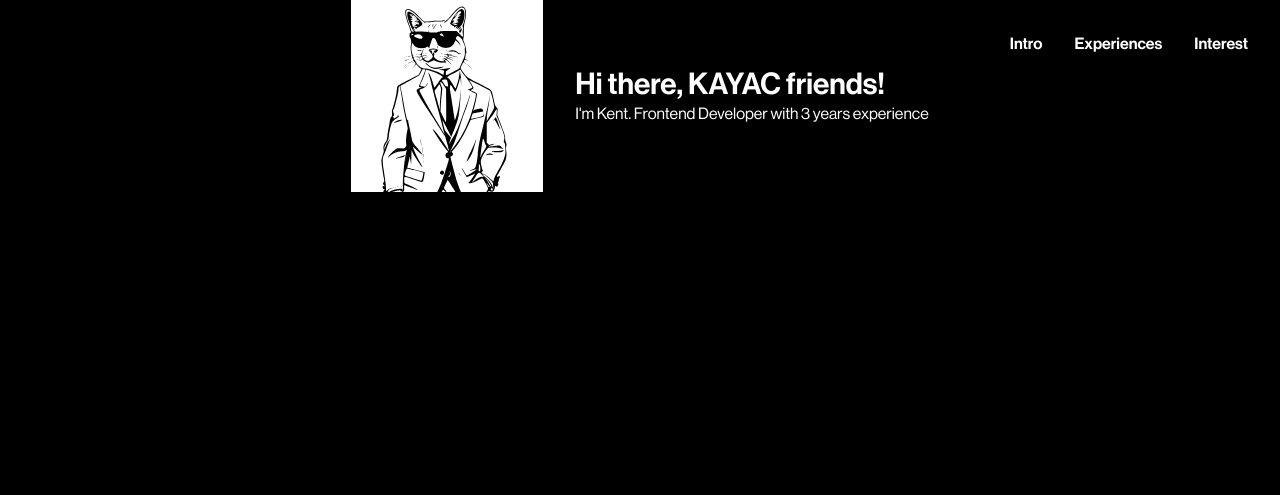
Repository: kentnathaniel/kayac-presentation
Page: /
An editor plug-in stored every save of this project. The page is shown before and after a run of saves, followed by the edit.
The browser window is 1280 px wide. The pictures show the whole page.
The project was rebuilt for these pictures with package versions that can differ from the ones it lists, and the page was loaded fresh each time. Also part of the build but not shown: vite.config.ts.

Above is the page before, as saved 2024-09-14 09:21:34.

After the next 2 saves:
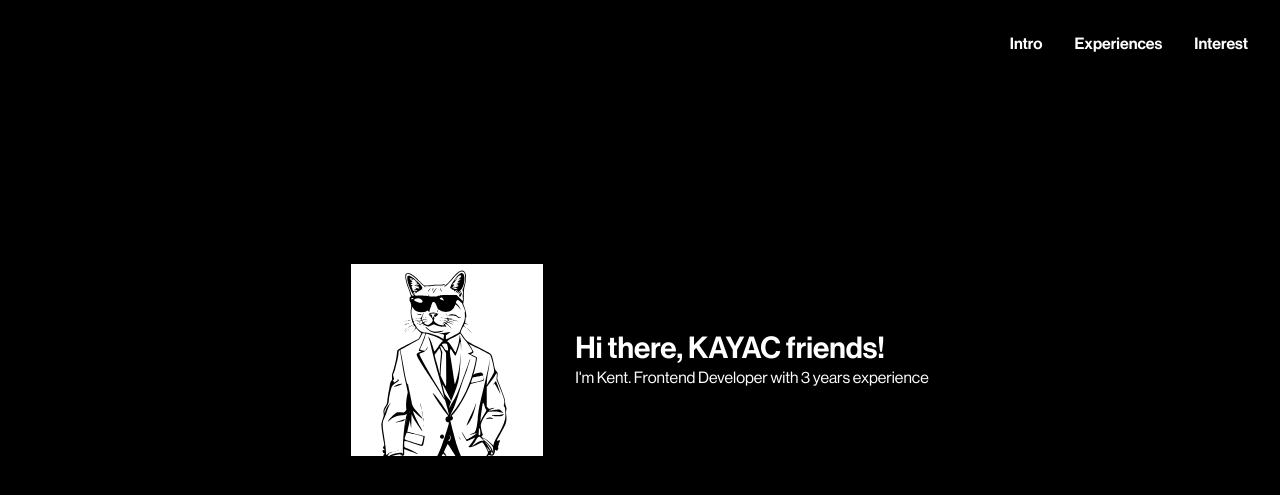
The 2 saves are shown as one change because they came seconds apart.
The last was saved 7 s later.
--- a/src/App.tsx
+++ b/src/App.tsx
@@ -9,7 +9,7 @@ function App() {
         <a className="cursor-pointer">Interest</a>
       </nav>
 
-      <div className="justify-center mx-auto h-screen ">
+      <div className="flex justify-center mx-auto h-screen">
         <div className="flex h-fit gap-8 items-center my-auto">
           <div className="bg-white w-fit">
             <SmartCat className="text-white w-48 h-48" />
